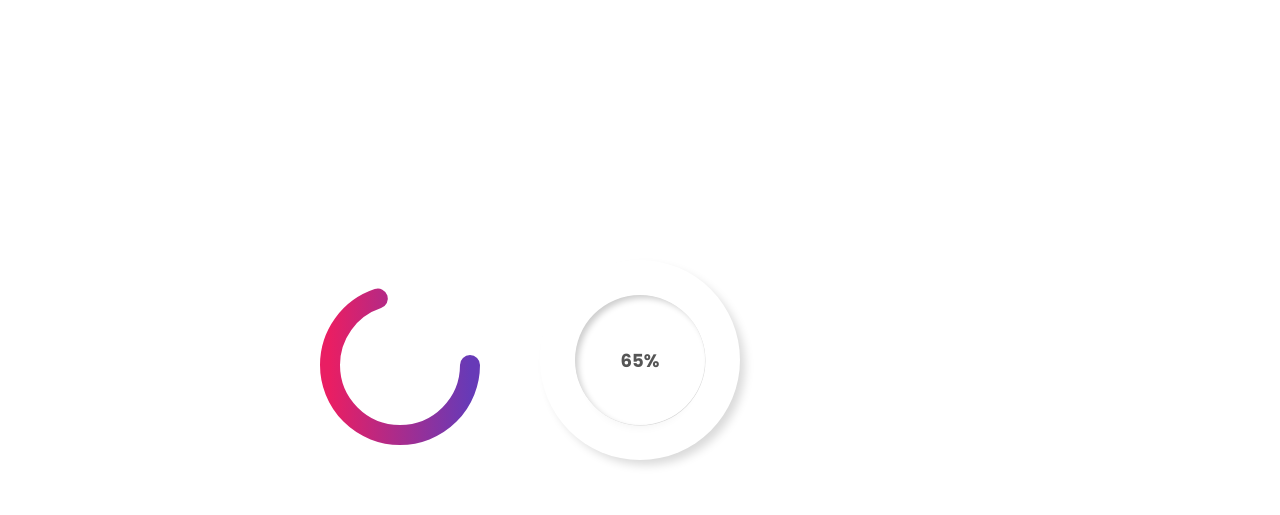
Repository: Ankitkr2021/Loader-Spinner
Page: index.html
These files come from the project's save history. The page is drawn as it stood at one moment and after the next save; the edit follows.
The browser window is 1280 px wide. The pictures show the whole page.

Above is the page before, as saved 2025-10-21 13:37:05.

### index.html
<!DOCTYPE html>
<html lang="en">
<head>
    <meta charset="UTF-8">
    <meta name="viewport" content="width=device-width, initial-scale=1.0">
    <title>Progress bar</title>
    <link rel="stylesheet" href="./style.css">
</head>
<body>
    <div class="circle">
        <div class="innercircle">
            <div id="number">
            </div>
        </div>
    </div>

    <svg xmlns="http://www.w3.org/2000/svg" version="1.1" width="160px" height="160px">
         <defs>
            <linearGradient id="GradientColor">
               <stop offset="0%" stop-color="#e91e63" />
               <stop offset="100%" stop-color="#673ab7" />
            </linearGradient>
         </defs>
         <circle cx="80" cy="80" r="70" stroke-linecap="round" />
 </svg>

 <script src="./main.js"></script>
</body>
</html>

### style.css
@import url('https://fonts.googleapis.com/css2?family=Poppins:wght@400;700&display=swap');

*{
    margin: 0;
    padding: 0;
    box-sizing: border-box;
    font-family: "Poppins",sans-serif;
}

body {
    display: flex;
    align-items: center;
    justify-content: center;
    height: 100vh;
    width: 100%;
}

.circle{
    width: 200px;
    height: 200px;
    border-radius: 50%;
    padding: 35px;
    box-shadow: 6px 6px 10px -1px rgba(0,0,0,0.15),
                -6px -6px 10px -1px rgba(255,255,255,0.7);

}


.innercircle {
    width: 130px;
    height: 130px;
    border-radius: 50%;
    box-shadow: inset 4px 4px 6px -1px rgba(0,0,0,0.2),
                inset -4px -4px 6px -1px rgba(255,255,255,0.7), -0.5px -0.5px 0px rgba(255,255,255,1),  0.5px 0.5px 0px rgba(0,0,0,0.15), 0px 12px 10px -10px rgba(0,0,0,0.05);
}

#number {
    /* text-align: /center; */
     display: flex;
    align-items: center;
    justify-content: center;
    height: 100%;
    font-size: 18px;
    font-weight: 600;
    color: #555;
}

circle {
    fill: none;
    stroke: url(#GradientColor);
    stroke-width: 20px;
    stroke-dasharray: 472;
    stroke-dashoffset: 472;
    animation: anim 2s linear forwards;
}

@keyframes anim {
    100% {
            stroke-dashoffset: 165.2;
    }
    75% {

    }

}

svg {
    position: absolute;
    top: 285px;
    left: 320px;
}

### main.js
let number = document.getElementById("number");
let counter = 0;

setInterval(() => {
    if (counter == 65) {
        clearInterval();
    } else {
        counter += 1;
        number.innerHTML = counter + "%";
    }
}, 20);

After the next save:
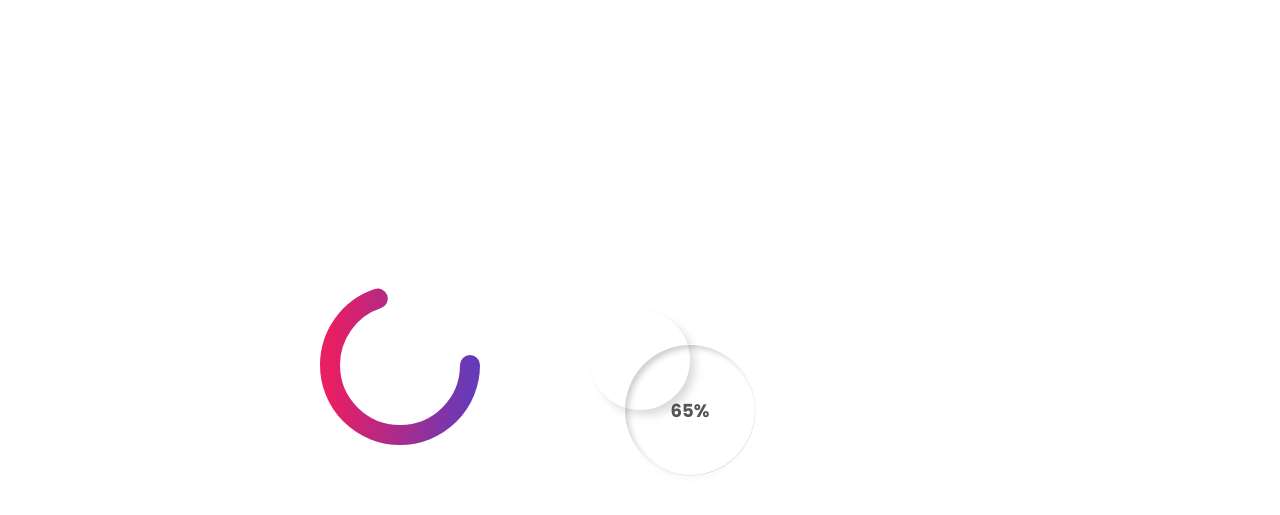
Saved 7 s later.
--- a/style.css
+++ b/style.css
@@ -16,8 +16,8 @@
 }
 
 .circle{
-    width: 200px;
-    height: 200px;
+    width: 100px;
+    height: 100px;
     border-radius: 50%;
     padding: 35px;
     box-shadow: 6px 6px 10px -1px rgba(0,0,0,0.15),

After the save that followed:
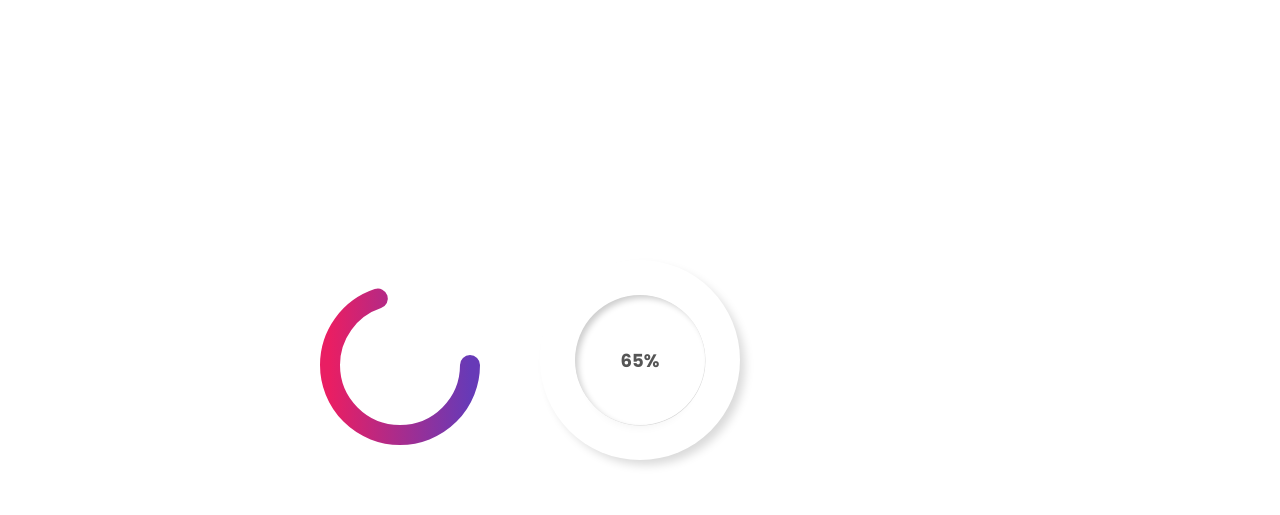
Saved 4 s later.
--- a/style.css
+++ b/style.css
@@ -16,8 +16,8 @@
 }
 
 .circle{
-    width: 100px;
-    height: 100px;
+    width: 200px;
+    height: 200px;
     border-radius: 50%;
     padding: 35px;
     box-shadow: 6px 6px 10px -1px rgba(0,0,0,0.15),
